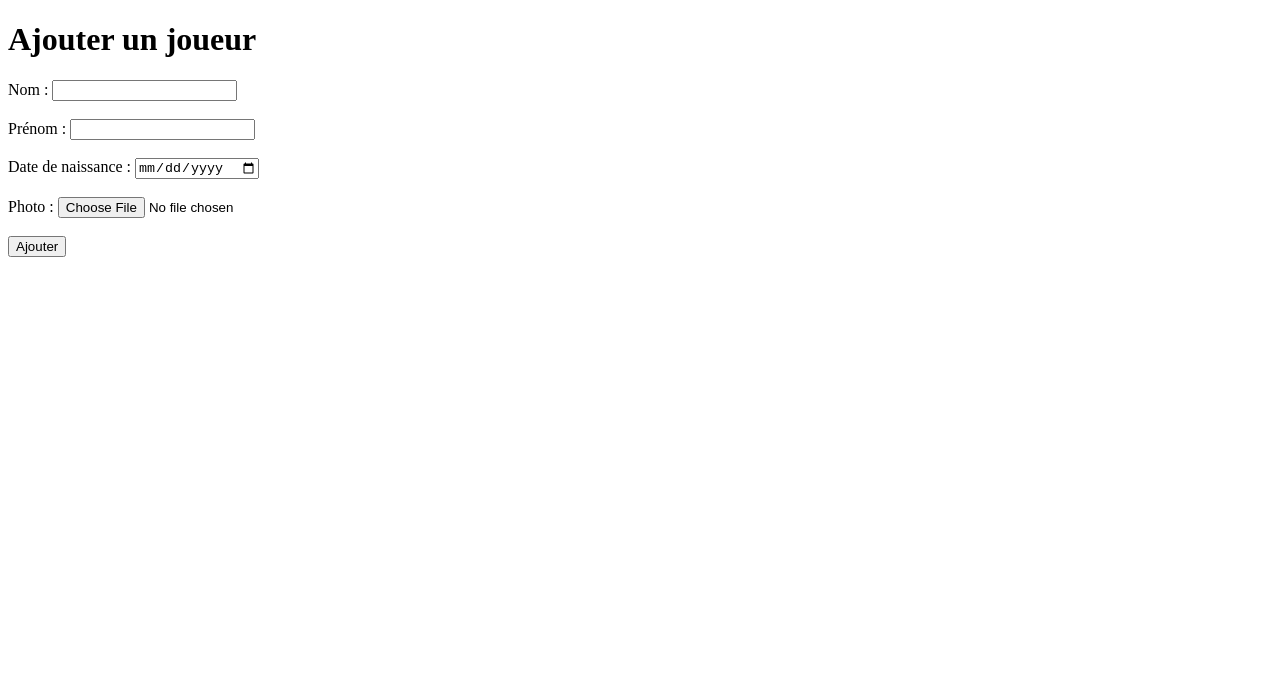
Repository: Valentin-Godard/Foot-2-Club
Page: http://localhost/ajouterUnJoueur.php
The author's editor kept a copy of each file at every save. The page is drawn from the files as they stood at one save, then again after the next save.
The browser window is 1280 px wide. The pictures show the whole page.
The page is run by PHP 8.4 with error messages shown; the project is at /var/www/html/.

Above is the page before, as saved 2025-09-29 09:01:39.

After the next save:
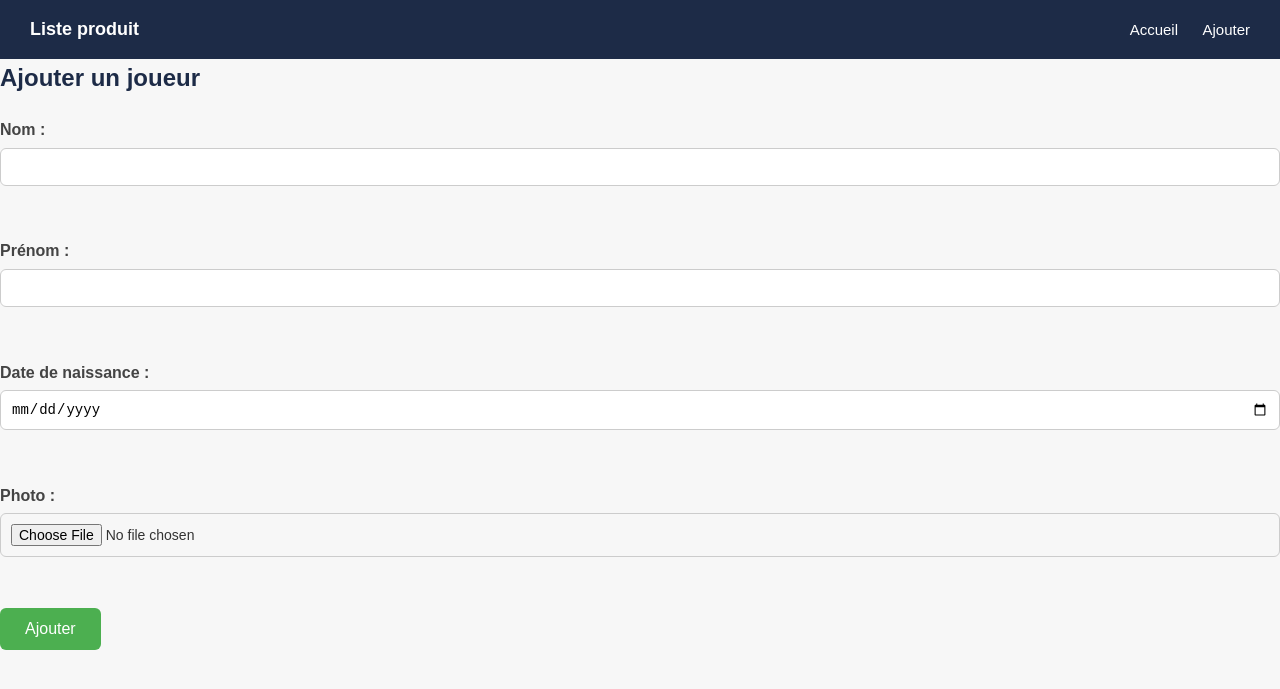
Saved 5 s later.
--- a/ajouterUnJoueur.php
+++ b/ajouterUnJoueur.php
@@ -1,7 +1,7 @@
 <?php
 require_once "joueur.php";
 require_once "includes/database.php";
-require_once "includes/database.php";
+require_once "includes/header.php";
 
 if ($_SERVER["REQUEST_METHOD"] === "POST") {
     $nom = $_POST["nom"];
